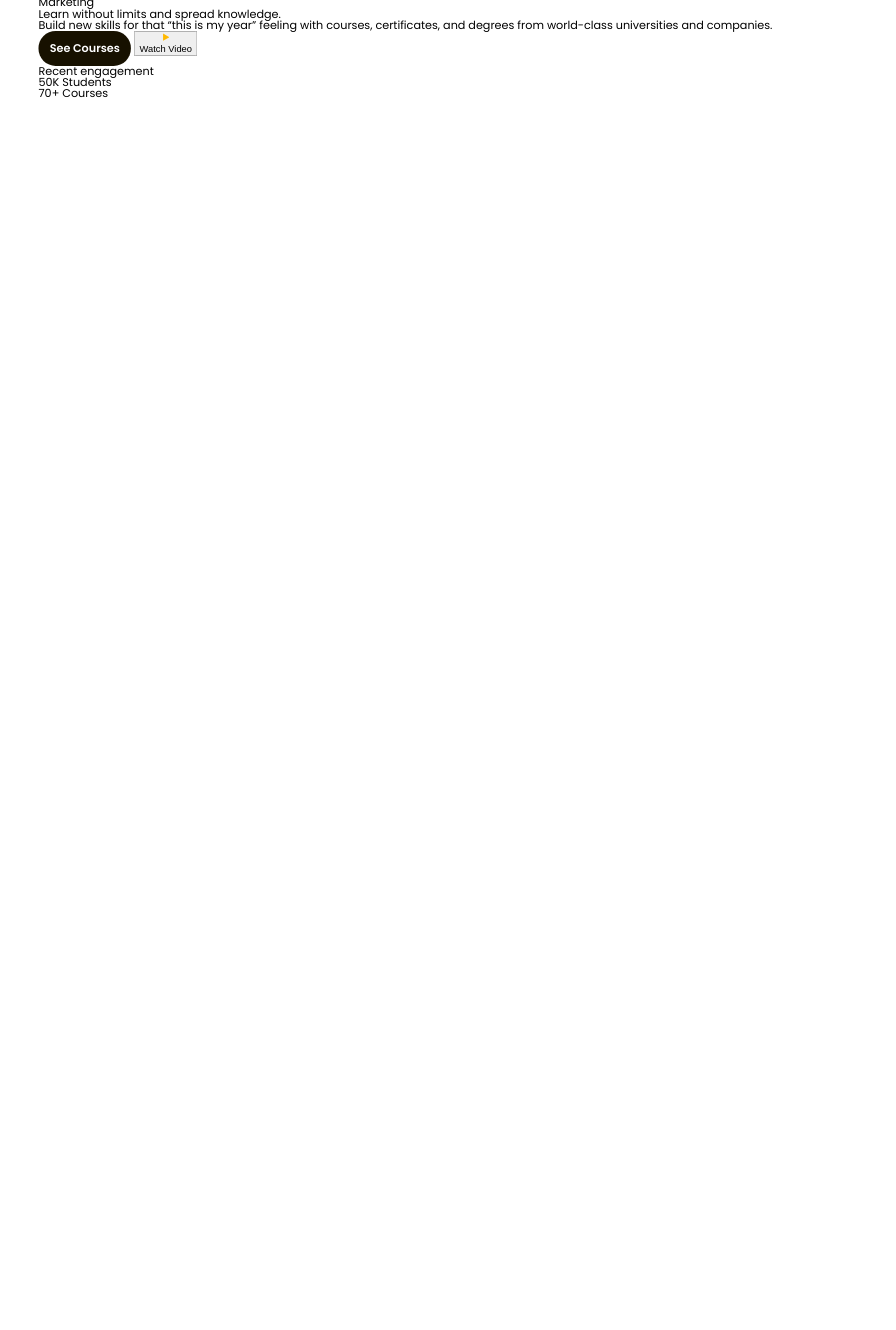
Repository: ynguyen1512/htmlcss-project-02
Page: index.html
These files come from the project's save history. The page is drawn as it stood at one moment and after the next save; the edit follows.
The browser window is 1280 px wide. The pictures show the part of the page from y = 1223 to 3123 px (the page is 5000 px tall), at 70% of full size.
A picture or video elsewhere on the page could not be fetched, so the positions and the page height are approximate.

Above is the page before, as saved 2023-02-20 20:15:29.

After the next save:
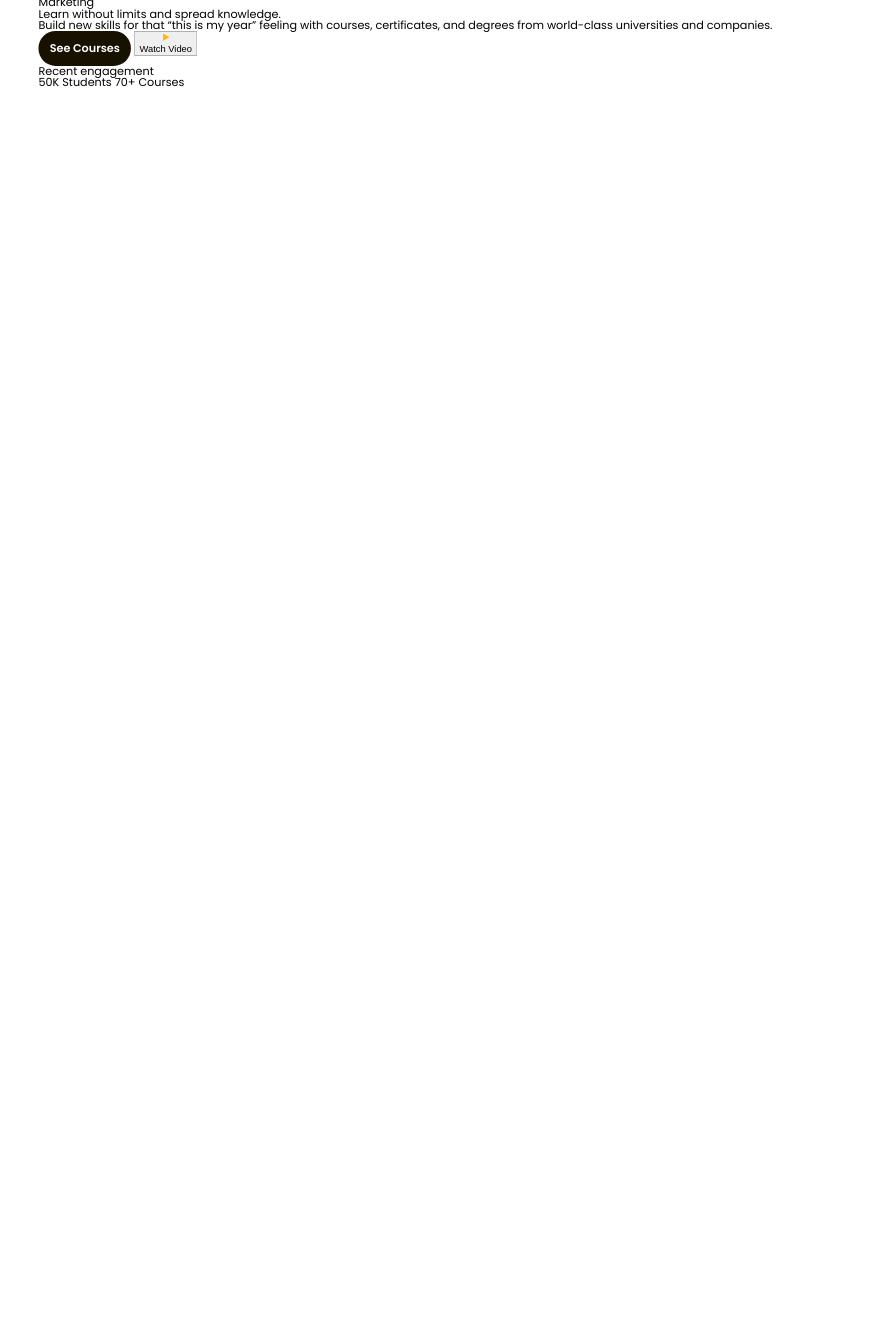
Saved 19 s later.
--- a/index.html
+++ b/index.html
@@ -96,8 +96,10 @@
                             </button>
                         </div>
                         <p class="desc">Recent engagement</p>
-                        <p class="desc">50K Students</p>
-                        <p class="desc">70+ Courses</p>
+                        <p class="desc">
+                            50K Students
+                            70+ Courses
+                        </p>
                     </div>
                 </div>
             </div>
